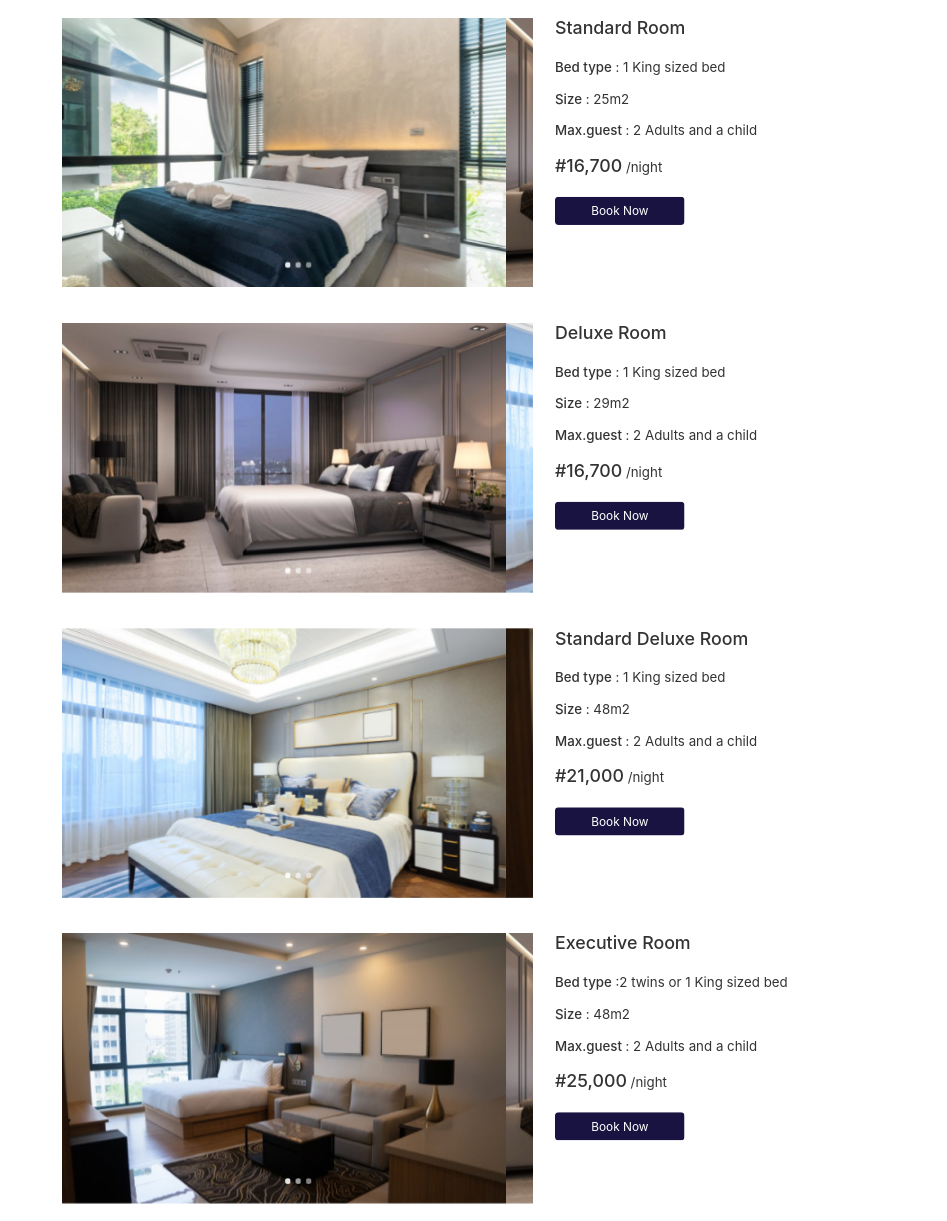
Repository: Syfon01/hotel-website
Page: room.html
The author's editor kept a copy of each file at every save. The page is drawn from the files as they stood at one save, then again after the next save.
The browser window is 1280 px wide. The pictures show the whole page, at 74% of full size.

Above is the page before, as saved 2020-06-08 18:43:42.

### room.html
<!doctype html>
<html lang="en">
  <head>
    <title>Title</title>
    <!-- Required meta tags -->
    <meta charset="utf-8">
    <meta name="viewport" content="width=device-width, initial-scale=1, shrink-to-fit=no">

    <!-- Bootstrap CSS -->
    <link rel="stylesheet" href="https://stackpath.bootstrapcdn.com/bootstrap/4.3.1/css/bootstrap.min.css" integrity="sha384-ggOyR0iXCbMQv3Xipma34MD+dH/1fQ784/j6cY/iJTQUOhcWr7x9JvoRxT2MZw1T" crossorigin="anonymous">
    <link rel="stylesheet" href="room.css">
  </head>
  <body>
    <!-- carousel section -->
    <section id="carousel-section">
      <div class="container">
        <div class="row py-4">
          <div class="col-md-7 col-lg-7 col-12 col-sm-12">
            <div id="carouselExampleIndicators" class="carousel slide" data-ride="carousel">
              <ol class="carousel-indicators">
                <li data-target="#carouselExampleIndicators" data-slide-to="0" class="active"></li>
                <li data-target="#carouselExampleIndicators" data-slide-to="1"></li>
                <li data-target="#carouselExampleIndicators" data-slide-to="2"></li>
              </ol>
              <div class="carousel-inner">
                <div class="carousel-item active">
                  <img src="./img/hotel1.png" class="d-block w-100 img-carousel img-fluid" alt="...">
                </div>
                <div class="carousel-item">
                  <img src="./img/hotel2.png" class="d-block w-100 img-carousel img-fluid" alt="...">
                </div>
                <div class="carousel-item">
                  <img src="./img/hotel3.png" class="d-block w-100 img-carousel img-fluid" alt="...">
                </div>
              </div>

            </div>
          </div>
          <div class="col-md-5 col-lg-5 col-12 col-sm-12">
            <h4 class="text-purple mb-4">Standard Room</h4>
            <p class="text-purple"><span class="p-font-weight">Bed type </span>: 1 King sized bed</p>
            <p class="text-purple"><span class="p-font-weight">Size</span> : 25m2</p>
            <p class="text-purple"><span class="p-font-weight">Max.guest </span>: 2 Adults and a child</p>
            <p class="text-purple mb-4"><span class="p-font-weight p-20">#16,700</span> /night</p>
            <button class="btn btn-purple px-5">Book Now</button>
          </div>
        </div>

        <div class="row py-4">
          <div class="col-md-7 col-lg-7 col-12 col-sm-12">
            <div id="carouselExampleIndicators" class="carousel slide" data-ride="carousel">
              <ol class="carousel-indicators">
                <li data-target="#carouselExampleIndicators" data-slide-to="0" class="active"></li>
                <li data-target="#carouselExampleIndicators" data-slide-to="1"></li>
                <li data-target="#carouselExampleIndicators" data-slide-to="2"></li>
              </ol>
              <div class="carousel-inner">
                <div class="carousel-item active">
                  <img src="./img/hotel2.png" class="d-block w-100 img-carousel img-fluid" alt="...">
                </div>
                <div class="carousel-item">
                  <img src="./img/hotel3.png" class="d-block w-100 img-carousel img-fluid" alt="...">
                </div>
                <div class="carousel-item">
                  <img src="./img/hotel4.png" class="d-block w-100 img-carousel img-fluid" alt="...">
                </div>
              </div>

            </div>
          </div>
          <div class="col-md-5 col-lg-5 col-12 col-sm-12">
            <h4 class="text-purple mb-4">Deluxe Room</h4>
            <p class="text-purple"><span class="p-font-weight">Bed type </span>: 1 King sized bed</p>
            <p class="text-purple"><span class="p-font-weight">Size</span> : 29m2</p>
            <p class="text-purple"><span class="p-font-weight">Max.guest </span>: 2 Adults and a child</p>
            <p class="text-purple mb-4"><span class="p-font-weight p-20">#16,700</span> /night</p>
            <button class="btn btn-purple px-5">Book Now</button>
          </div>
        </div>

        <div class="row py-4">
          <div class="col-md-7 col-lg-7 col-12 col-sm-12">
            <div id="carouselExampleIndicators" class="carousel slide" data-ride="carousel">
              <ol class="carousel-indicators">
                <li data-target="#carouselExampleIndicators" data-slide-to="0" class="active"></li>
                <li data-target="#carouselExampleIndicators" data-slide-to="1"></li>
                <li data-target="#carouselExampleIndicators" data-slide-to="2"></li>
              </ol>
              <div class="carousel-inner">
                <div class="carousel-item active">
                  <img src="./img/hotel3.png" class="d-block w-100 img-carousel h-50 img-fluid" alt="...">
                </div>
                <div class="carousel-item">
                  <img src="./img/hotel4.png" class="d-block w-100 img-carousel img-fluid" alt="...">
                </div>
                <div class="carousel-item">
                  <img src="./img/hotel1.png" class="d-block w-100 img-carousel img-fluid" alt="...">
                </div>
              </div>

            </div>
          </div>
          <div class="col-md-5 col-lg-5 col-12 col-sm-12">
            <h4 class="text-purple mb-4">Standard Deluxe Room</h4>
            <p class="text-purple"><span class="p-font-weight">Bed type </span>: 1 King sized bed</p>
            <p class="text-purple"><span class="p-font-weight">Size</span> : 48m2</p>
            <p class="text-purple"><span class="p-font-weight">Max.guest </span>: 2 Adults and a child</p>
            <p class="text-purple mb-4"><span class="p-font-weight p-20">#21,000</span> /night</p>
            <button class="btn btn-purple px-5">Book Now</button>
          </div>
        </div>

        <div class="row py-4">
          <div class="col-md-7 col-lg-7 col-12 col-sm-12">
            <div id="carouselExampleIndicators" class="carousel slide" data-ride="carousel">
              <ol class="carousel-indicators">
                <li data-target="#carouselExampleIndicators" data-slide-to="0" class="active"></li>
                <li data-target="#carouselExampleIndicators" data-slide-to="1"></li>
                <li data-target="#carouselExampleIndicators" data-slide-to="2"></li>
              </ol>
              <div class="carousel-inner">
                <div class="carousel-item active">
                  <img src="./img/hotel4.png" class="d-block w-100 img-carousel h-50 img-fluid" alt="...">
                </div>
                <div class="carousel-item">
                  <img src="./img/hotel2.png" class="d-block w-100 img-carousel img-fluid" alt="...">
                </div>
                <div class="carousel-item">
                  <img src="./img/hotel1.png" class="d-block w-100 img-carousel img-fluid" alt="...">
                </div>
              </div>

            </div>
          </div>
          <div class="col-md-5 col-lg-5 col-12 col-sm-12">
            <h4 class="text-purple mb-4">Executive Room</h4>
            <p class="text-purple"><span class="p-font-weight">Bed type </span>:2 twins or 1 King sized bed</p>
            <p class="text-purple"><span class="p-font-weight">Size</span> : 48m2</p>
            <p class="text-purple"><span class="p-font-weight">Max.guest </span>: 2 Adults and a child</p>
            <p class="text-purple mb-4"><span class="p-font-weight p-20">#25,000</span> /night</p>
            <button class="btn btn-purple px-5">Book Now</button>
          </div>
        </div>
      </div>
    </section>

    <!-- explore section  -->
    <div class="banner">
      <div id="overlay">
        <div id="text">Overlay Text</div>
      </div>
      <!-- <img src="./img/explore.png" class="explore-banner" alt="" srcset=""> -->
    </div>

    <!-- Optional JavaScript -->
    <!-- jQuery first, then Popper.js, then Bootstrap JS -->
    <script src="https://code.jquery.com/jquery-3.3.1.slim.min.js" integrity="sha384-q8i/X+965DzO0rT7abK41JStQIAqVgRVzpbzo5smXKp4YfRvH+8abtTE1Pi6jizo" crossorigin="anonymous"></script>
    <script src="https://cdnjs.cloudflare.com/ajax/libs/popper.js/1.14.7/umd/popper.min.js" integrity="sha384-UO2eT0CpHqdSJQ6hJty5KVphtPhzWj9WO1clHTMGa3JDZwrnQq4sF86dIHNDz0W1" crossorigin="anonymous"></script>
    <script src="https://stackpath.bootstrapcdn.com/bootstrap/4.3.1/js/bootstrap.min.js" integrity="sha384-JjSmVgyd0p3pXB1rRibZUAYoIIy6OrQ6VrjIEaFf/nJGzIxFDsf4x0xIM+B07jRM" crossorigin="anonymous"></script>
  </body>
</html>

### room.css
.text-purple{
 color: #333333
}
.p-font-weight{
  font-weight: 500;
}
.p-20{
  font-size: 24px;
}
p{
  font-size: 18px;;
}
.btn-purple{
  background-color: #191341;
  color: #fff;
  border-radius: 5px;
}
.img-carousel{
  height: 300px!;
}
.carousel-indicators li{
  border-radius: 100%;
  width: 8px;
  height: 8px;
}

#overlay {
  position: fixed;
  display: none;
  width: 100%;
  height: 100%;
  top: 0;
  left: 0;
  right: 0;
  bottom: 0;
  background-color: rgba(0, 0, 0, 0.5);
  z-index: 2;
  cursor: pointer;
}

#text {
  position: absolute;
  top: 50%;
  left: 50%;
  font-size: 50px;
  color: #000;
  transform: translate(-50%, -50%);
  -ms-transform: translate(-50%, -50%);
}

After the next save:
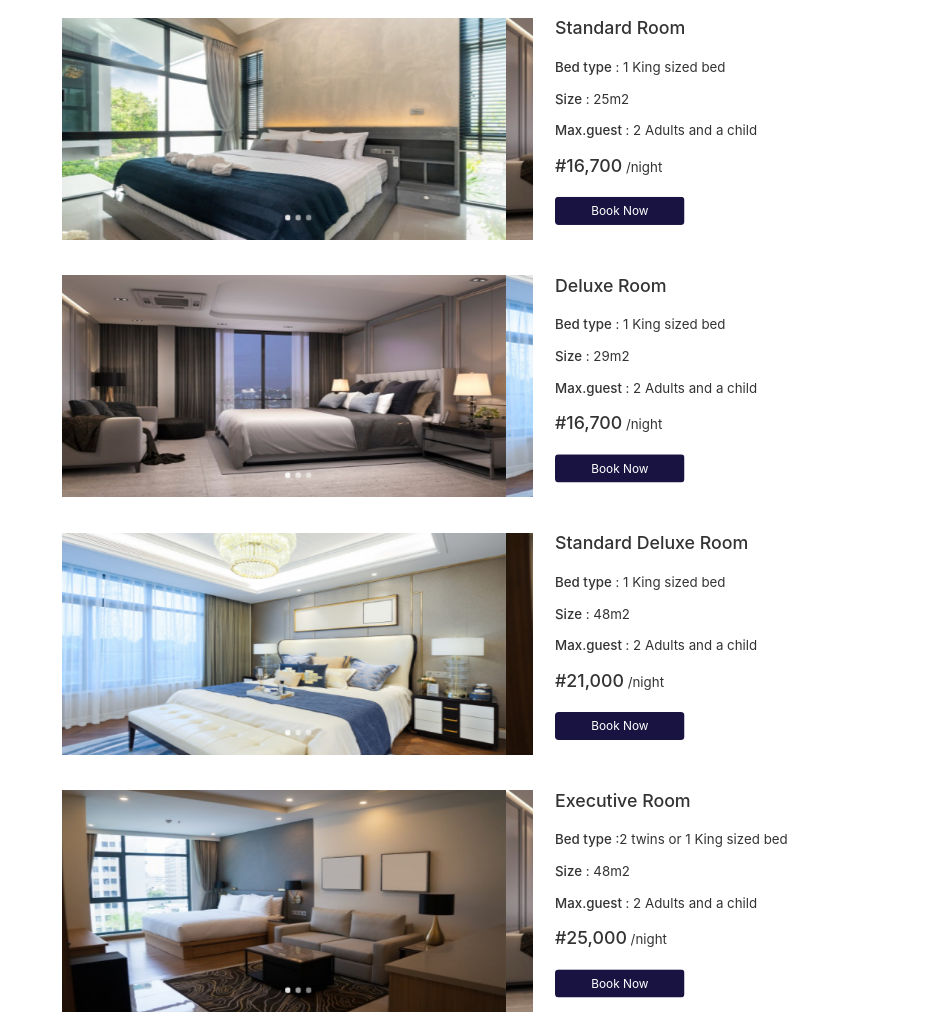
Saved 4 s later.
--- a/room.css
+++ b/room.css
@@ -16,7 +16,7 @@ p{
   border-radius: 5px;
 }
 .img-carousel{
-  height: 300px!;
+  height: 300px!important;
 }
 .carousel-indicators li{
   border-radius: 100%;
